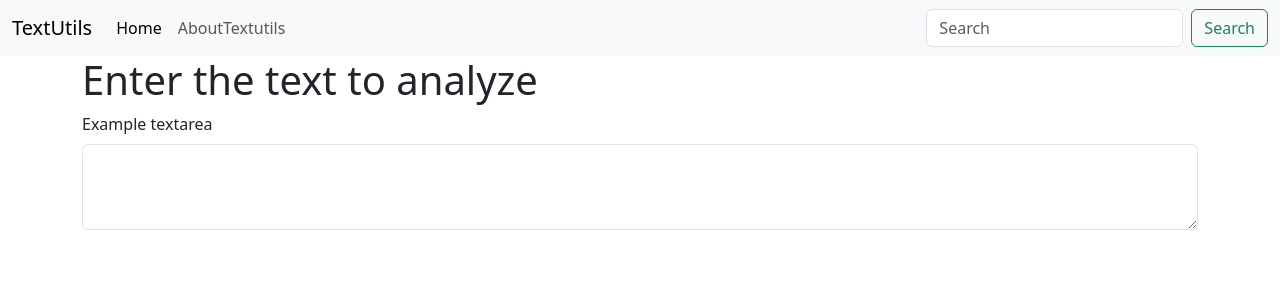
Repository: Rohit-foryou/Text-Utils
Page: /
These files come from the project's save history. The page is drawn as it stood at one moment and after the next save; the edit follows.
The browser window is 1280 px wide. The pictures show the whole page.
The project was rebuilt for these pictures with package versions that can differ from the ones it lists, and the page was loaded fresh each time. Also part of the build but not shown: src/index.css, src/App.css.

Above is the page before, as saved 2023-12-20 20:39:08.

After the next save:
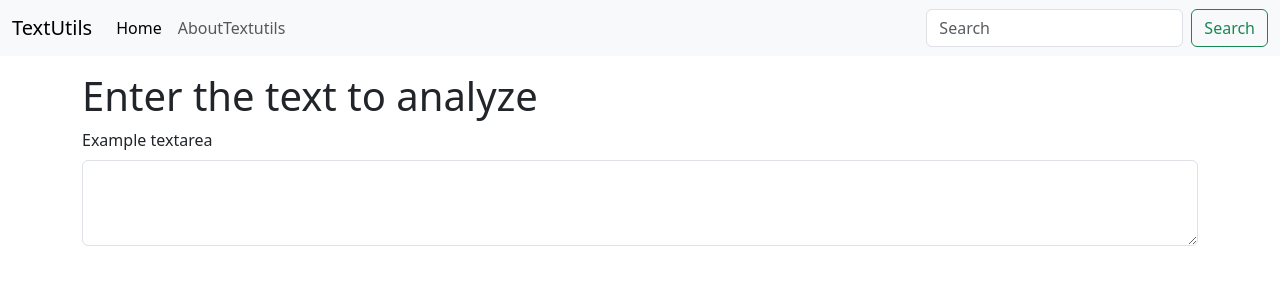
Saved 35 s later.
--- a/src/App.js
+++ b/src/App.js
@@ -7,7 +7,7 @@ function App() {
   return (
     <>
       <Navbar title = "TextUtils" aboutText = "AboutTextutils"/>
-      <div className="container">
+      <div className="container my-3">
       <TextForm heading = "Enter the text to analyze"/>
       </div>
     </>
